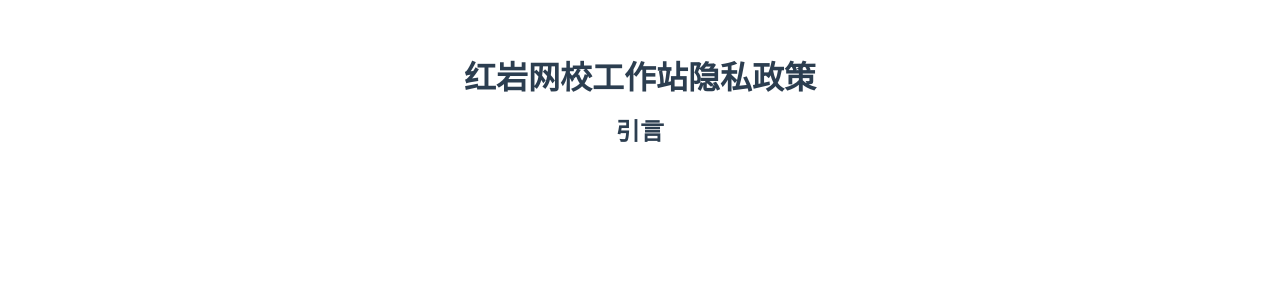
Repository: zl-mdc/privacy-policy
Page: /
These files come from the project's save history. The page is drawn as it stood at one moment and after the next save; the edit follows.
The browser window is 1280 px wide. The pictures show the whole page.
The project was rebuilt for these pictures with package versions that can differ from the ones it lists, and the page was loaded fresh each time.

Above is the page before, as saved 2020-09-17 15:28:21.

After the next save:
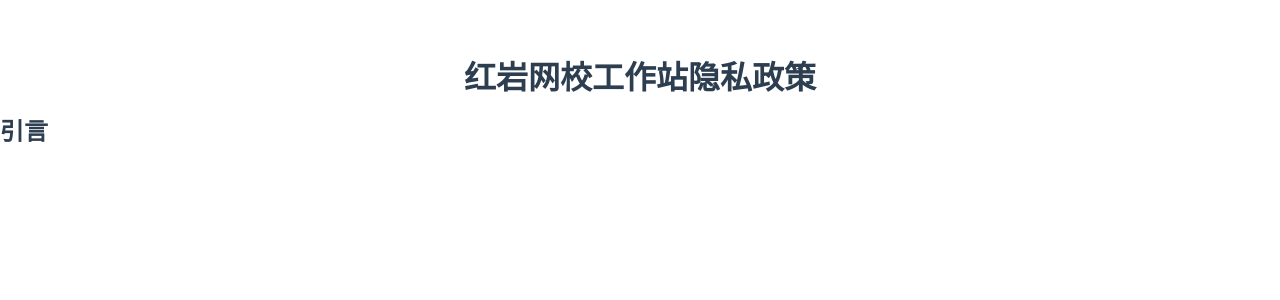
Saved 49 s later.
--- a/src/components/Info.vue
+++ b/src/components/Info.vue
@@ -1,7 +1,7 @@
 <!--
  * @Author: Code_Master
  * @Date: 2020-09-17 15:00:51
- * @LastEditTime: 2020-09-17 15:28:20
+ * @LastEditTime: 2020-09-17 15:29:10
  * @LastEditors: Code_Master
  * @FilePath: /privacy-policy/src/components/Info.vue
  * @Description: The first 90% of the code accounts for the first 90% of the development time. The remaining 10% of the code accounts for the other 90% of the development time.
@@ -19,7 +19,10 @@ export default {
 }
 </script>
 
-<style scoped>
+<style>
     #info {
     }
+    h2 {
+        text-align: left;
+    }
 </style>
